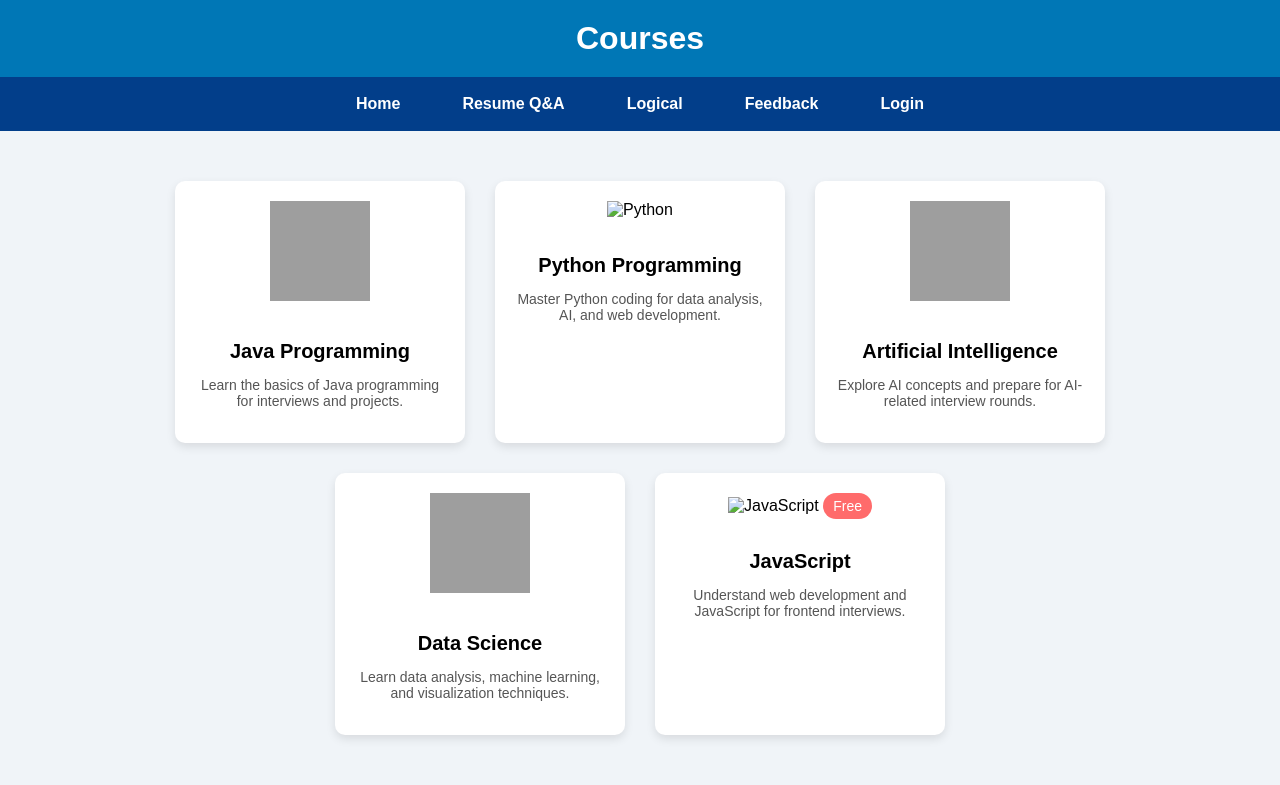
Repository: Mathin04/Online-Interview-Platform-
Page: urls/courses.html
These files come from the project's save history. The page is drawn as it stood at one moment and after the next save; the edit follows.
The browser window is 1280 px wide. The pictures show the whole page.
Pictures or frames that could not be fetched are drawn as grey boxes.

Above is the page before, as saved 2025-10-08 13:25:09.
Not found: images/javascript.png
Not found: images/python.png

After the next save:
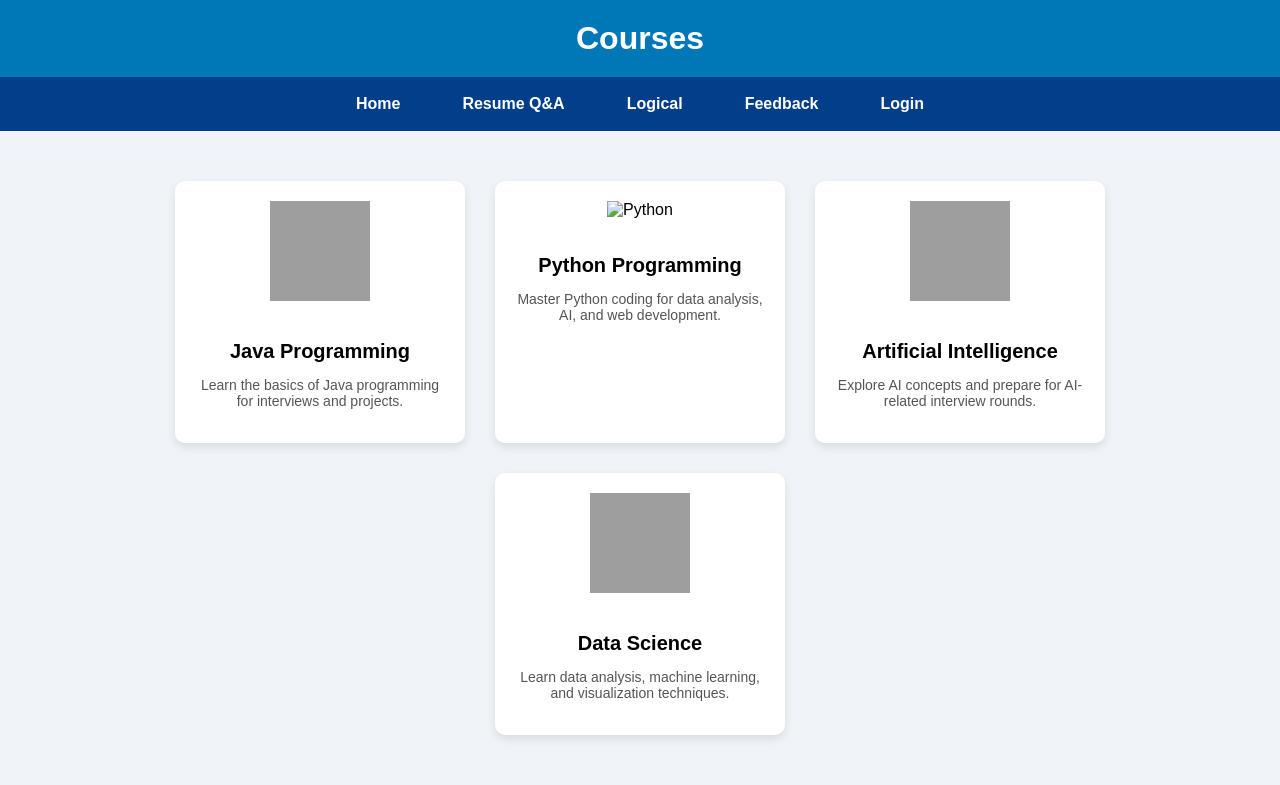
Not found: urls/python.jpg
Saved 102 s later.
--- a/urls/courses.html
+++ b/urls/courses.html
@@ -120,7 +120,7 @@
   </div>
 
   <div class="course-card">
-    <img src="../images/python.png" alt="Python">
+    <img src="python.jpg" alt="Python">
 
     <h3>Python Programming</h3>
     <p>Master Python coding for data analysis, AI, and web development.</p>
@@ -140,13 +140,6 @@
     <p>Learn data analysis, machine learning, and visualization techniques.</p>
   </div>
 
-  <div class="course-card">
-    <img src="../images/javascript.png" alt="JavaScript">
-    <div class="free-tag">Free</div>
-    <h3>JavaScript</h3>
-    <p>Understand web development and JavaScript for frontend interviews.</p>
-  </div>
-
 </div>
 
 </body>
